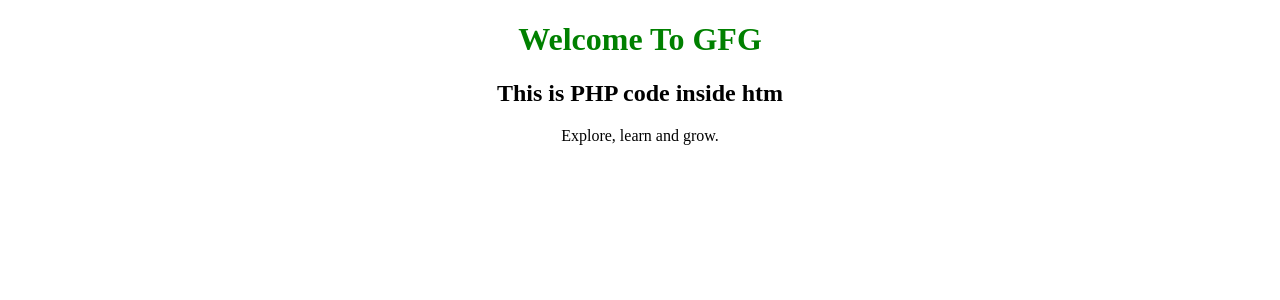
Repository: NithishKoriyar/phpprojectgh
Page: http://localhost/example1.php
The author's editor kept a copy of each file at every save. The page is drawn from the files as they stood at one save, then again after a run of saves.
The browser window is 1280 px wide. The pictures show the whole page.
The page is run by PHP 8.4 with error messages shown; the project is at /var/www/html/.

Above is the page before, as saved 2022-12-14 11:11:12.

### example1.php
<!DOCTYPE html>
<html>

<head>
	<style>
		h1 {
			color: green;
		}
	</style>
</head>

<body>
	<center>
		<h1>Welcome To GFG</h1>

		<h2>
			<?php
            echo "This is PHP code inside htm<br>";
			?>
		</h2>
		<?php
        echo 'Explore, learn and grow.'
        ?>
	</center>
</body>

</html>

After the next 4 saves:
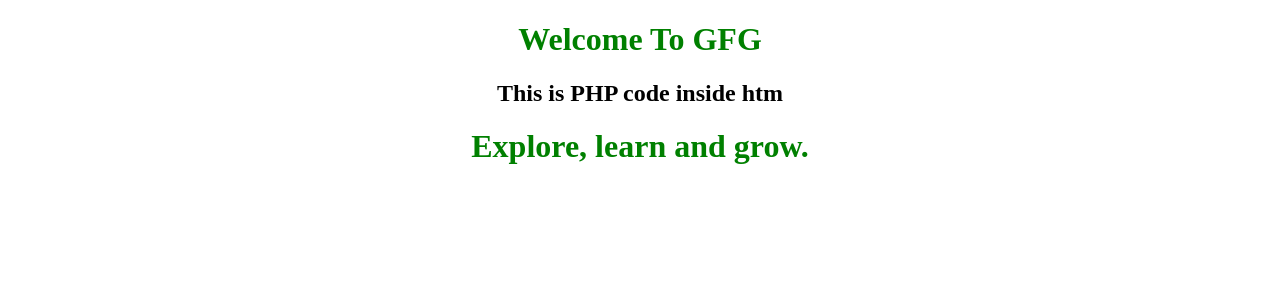
The 4 saves are shown as one change because they came seconds apart.
The last was saved 15 s later.
--- a/example1.php
+++ b/example1.php
@@ -18,9 +18,9 @@
             echo "This is PHP code inside htm<br>";
 			?>
 		</h2>
-		<?php
+		<h1><?php
         echo 'Explore, learn and grow.'
-        ?>
+        ?></h1>
 	</center>
 </body>
 
